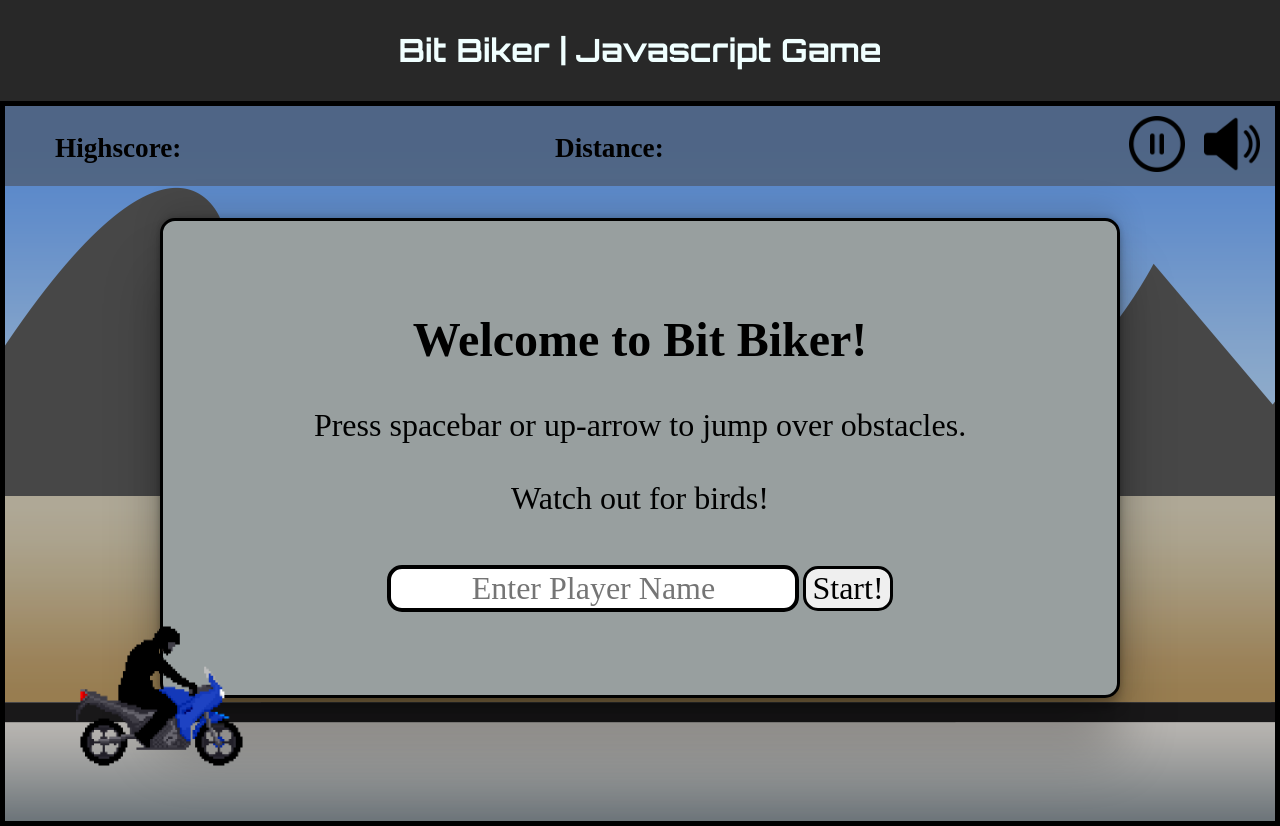
Repository: jellymel0n/bit-biker
Page: index.html
An editor plug-in stored every save of this project. The page is shown before and after the next save, followed by the edit.
The browser window is 1280 px wide. The pictures show the whole page.

Above is the page before, as saved 2021-07-18 18:58:04.

After the next save:
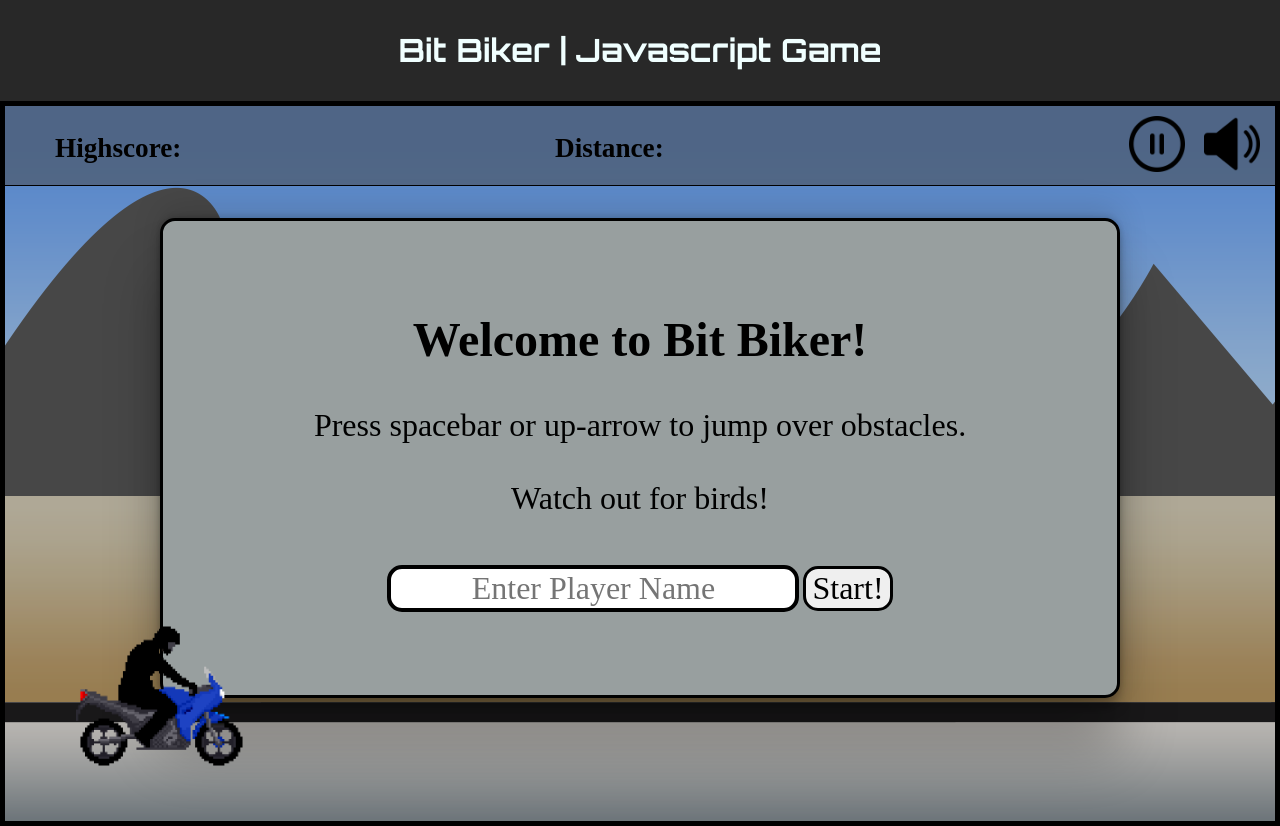
Saved 24 s later.
--- a/styles/styles.css
+++ b/styles/styles.css
@@ -27,6 +27,7 @@ div#game-header {
     height: 5rem;
     background-color: rgba(1, 255, 255, 0.297);
     background-color: rgba(74, 74, 74, 0.523);
+    border-bottom: 1px solid black;
 
 }
 
